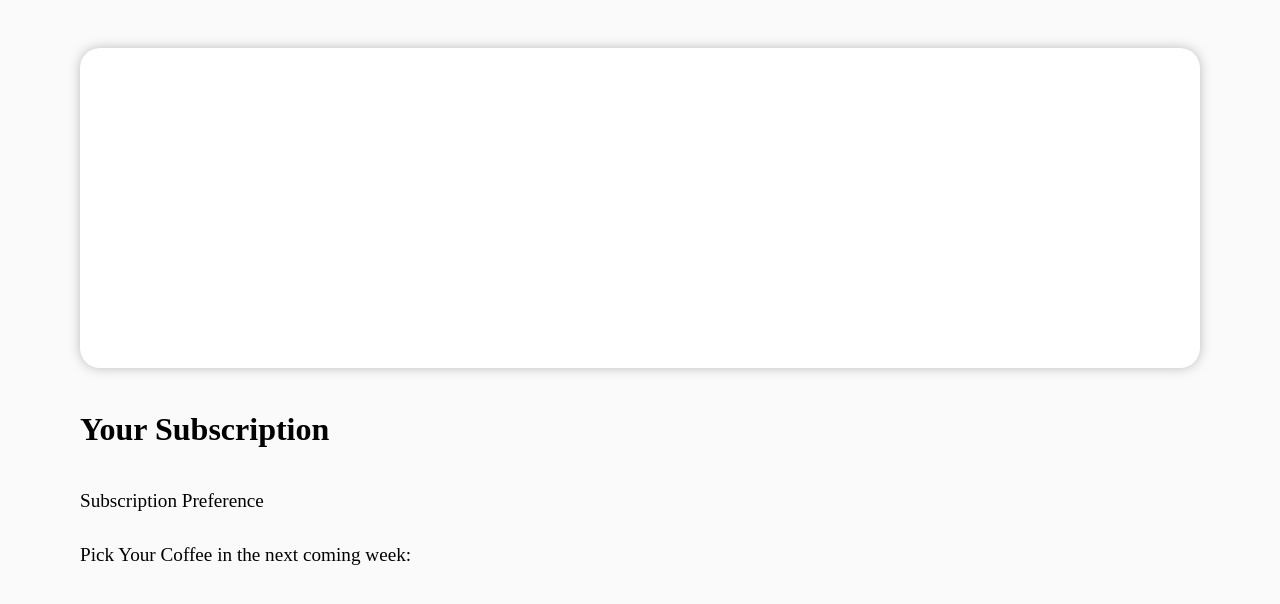
Repository: Haydenleung/COMP-4170-Final-Project
Page: http://localhost/main
An editor plug-in stored every save of this project. The page is shown before and after the next save, followed by the edit.
The browser window is 1280 px wide. The pictures show the whole page.
The page is served by the project's Node server (app.js).

Above is the page before, as saved 2024-03-22 17:40:50.

### views/main.ejs
<%- include('partials/header') %>


    <div class="main-container">
        <div class="main-subcontainer">
            <div class="main-welcome">
                <div class="main-greeting">
                    <h3></h3>
                    <p></p>
                </div>
                <div class="main-feature"></div>
            </div>
            <div class="logo"></div>
        </div>
        <div class="main-content">
            <h4>Your Subscription</h4>
            <div>
                <h5>Subscription Preference</h5>
                <div></div>
            </div>
            <div>
                <h5>Pick Your Coffee in the next coming week:</h5>
                <div></div>
            </div>
        </div>
    </div>

    <%- include('partials/footer') %>

### views/partials/header.ejs
<!DOCTYPE html>
<html lang="en">

<head>
    <meta charset="UTF-8" />
    <meta http-equiv="X-UA-Compatible" content="IE=edge" />
    <meta name="viewport" content="width=device-width, initial-scale=1.0" />
    <link rel="stylesheet" href="styles/main.css" />
    <title>Subscriber Portal</title>
</head>

<body>
    <main>

### app.js
import express from "express";
import pg from "pg";

const app = express();
const port = 3000;

app.set('view engine', 'ejs');

app.use(express.urlencoded({ extended: true }));
app.use(express.static("public"));

app.get("/", (req, res) => {
    res.render("index.ejs");
});

app.get("/register", (req, res) => {
    res.render("register.ejs");
});

app.get("/main", (req, res) => {
    res.render("main.ejs");
});

app.listen(port, () => {
    console.log(`Server running on port ${port}`);
});

### public/styles/main.css
* {
    box-sizing: border-box;
    font-family: "Montserrat";
}

html {
    background-color: #FAFAFA;
    height: 100vh;
    padding: 0;
    margin: 0;
}

body {
    display: flex;
    flex-direction: column;
    padding: 0;
    margin: 0;
    height: 100%;
}

main {
    display: flex;
    flex-grow: 1;
}

.home {
    display: flex;
    flex-direction: row;
    height: 100%;
    width: 100%;
}

.photo {
    object-fit: cover;
    width: 100%;
    height: 100%;
    border-radius: 0 20px 20px 0;
}

.home-photo {
    height: 100%;
    flex-grow: 1;
    overflow: hidden;
}

.home-login {
    min-width: 40rem;
    display: flex;
    flex-direction: column;
    justify-content: center;
    align-items: center;
}

.login-container {
    width: 100%;
    height: 100%;
    display: flex;
    flex-direction: column;
    justify-content: center;
    align-items: center;
    padding: 1rem 8rem;
}

.logo {
    width: 10rem;
    margin-bottom: 4rem;
}

.form-container {
    display: flex;
    flex-direction: column;
    align-items: center;
    /* background-color: grey; */
    width: 100%;
    margin-bottom: 1.5rem;
}

h3 {
    font-size: 1.5em;
}

.form-title {
    text-align: center;
    margin-bottom: 3rem;
}

.form-main {
    width: 100%;
    display: flex;
    flex-direction: column;
    align-items: center;
    gap: 1.5rem;
}

.login-form {
    width: 100%;
}

.login-button {
    width: 100%;
    display: flex;
    flex-direction: column;
    gap: 1.5rem;
    margin-top: 2rem;
}

.forminput {
    width: 100%;
    height: 3rem;
    background-color: transparent;
    border: none;
    border-bottom: 1px solid black;
    padding: 1rem;
    font-size: 1em;
}

.forminput:focus {
    outline: none;
}

.submitbtn,
.regbtn {
    width: 100%;
    height: 3rem;
    border-radius: 6px;
    border: none;
    font-size: 1em;
    font-weight: 600;
    color: white;
    cursor: pointer;
    text-decoration: none;
    display: flex;
    justify-content: center;
    align-items: center;
}

.submitbtn {
    background-color: #73AC92;
}

.regbtn {
    background-color: #969696
}

.regisblue {
    background-color: #3EA1DB;
}

/* Main */

.main-container {
    width: 100%;
    display: flex;
    flex-direction: column;
    align-items: center;
    padding: 3rem 5rem;
}

.main-subcontainer {
    width: 100%;
    height: 20rem;
    background-color: white;
    border-radius: 15pt;
    box-shadow: 0 0 12px rgba(0, 0, 0, 0.25);
}

.main-content {
    width: 100%;
}

h4 {
    font-size: 2em;
}

h5 {
    font-size: 1.2em;
    font-weight: 400;
}

Loaded but not shown: views/partials/footer.ejs (common file)

After the next save:
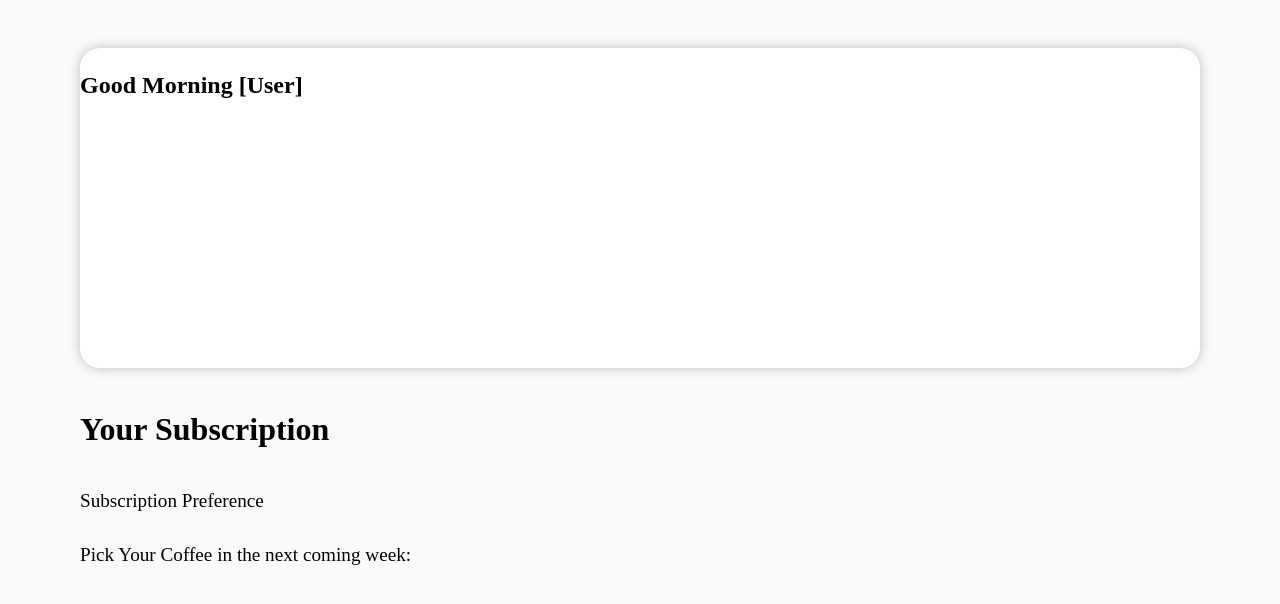
Saved 8 s later.
--- a/views/main.ejs
+++ b/views/main.ejs
@@ -5,7 +5,7 @@
         <div class="main-subcontainer">
             <div class="main-welcome">
                 <div class="main-greeting">
-                    <h3></h3>
+                    <h3>Good Morning [User]</h3>
                     <p></p>
                 </div>
                 <div class="main-feature"></div>
